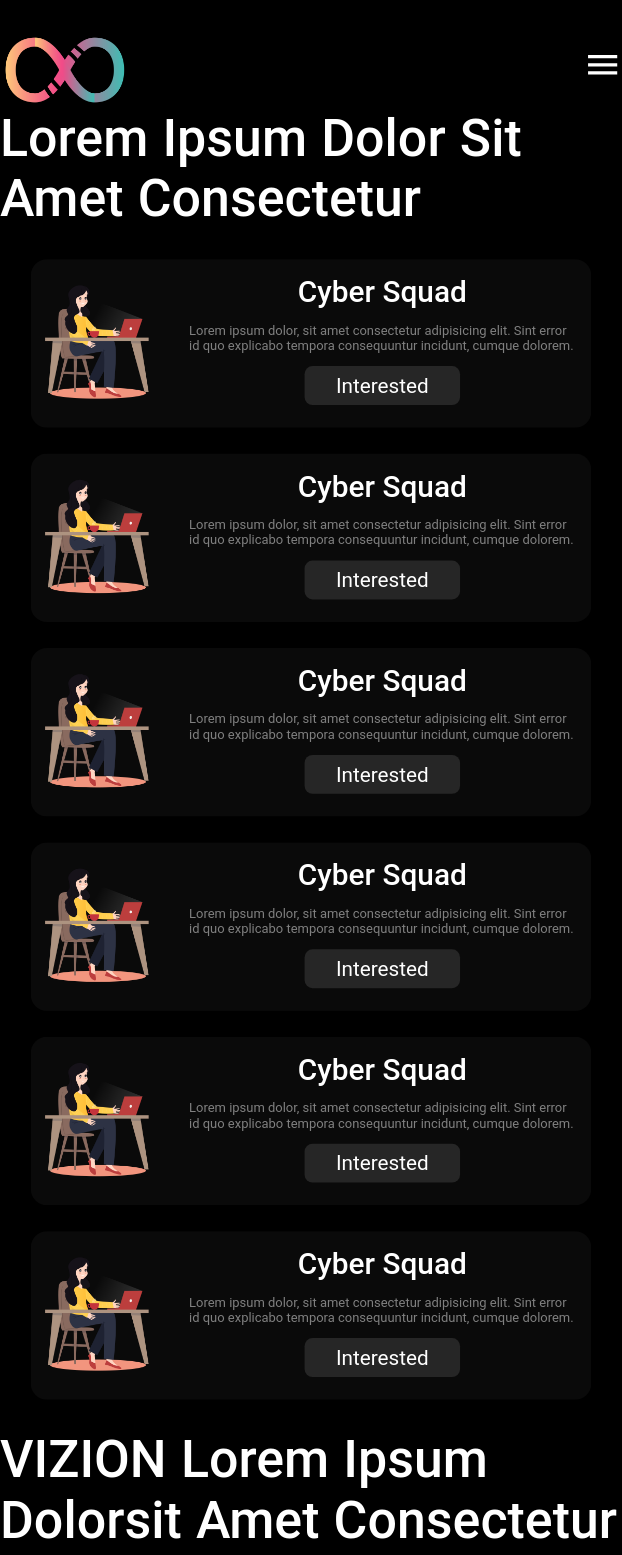
Repository: kapil4457/vizion-internship-project
Page: /
These files come from the project's save history. The page is drawn as it stood at one moment and after the next save; the edit follows.
The browser window is 768 px wide. The pictures show the whole page, at 81% of full size.
The project was rebuilt for these pictures with package versions that can differ from the ones it lists, and the page was loaded fresh each time. Also part of the build but not shown: src/index.css.

Above is the page before, as saved 2022-10-29 10:35:16.

### public/index.html
<!DOCTYPE html>
<html lang="en">
  <head>
    <meta charset="utf-8" />
    <link rel="icon" href="%PUBLIC_URL%/favicon.ico" />
    <meta name="viewport" content="width=device-width, initial-scale=1" />
    <meta name="theme-color" content="#000000" />
    <meta
      name="description"
      content="Web site created using create-react-app"
    />
    <link rel="preconnect" href="https://fonts.googleapis.com">
    <link rel="apple-touch-icon" href="%PUBLIC_URL%/logo192.png" />
    <!--
      manifest.json provides metadata used when your web app is installed on a
      user's mobile device or desktop. See https://developers.google.com/web/fundamentals/web-app-manifest/
    -->
    <link rel="manifest" href="%PUBLIC_URL%/manifest.json" />
    <!--
      Notice the use of %PUBLIC_URL% in the tags above.
      It will be replaced with the URL of the `public` folder during the build.
      Only files inside the `public` folder can be referenced from the HTML.

      Unlike "/favicon.ico" or "favicon.ico", "%PUBLIC_URL%/favicon.ico" will
      work correctly both with client-side routing and a non-root public URL.
      Learn how to configure a non-root public URL by running `npm run build`.
    -->
    <title>React App</title>
  </head>
  <body>
    <noscript>You need to enable JavaScript to run this app.</noscript>
    <div id="root"></div>
    <!--
      This HTML file is a template.
      If you open it directly in the browser, you will see an empty page.

      You can add webfonts, meta tags, or analytics to this file.
      The build step will place the bundled scripts into the <body> tag.

      To begin the development, run `npm start` or `yarn start`.
      To create a production bundle, use `npm run build` or `yarn build`.
    -->
  </body>
</html>

### src/index.js
import React from 'react';
import ReactDOM from 'react-dom/client';
import './index.css';
import App from './App';
import reportWebVitals from './reportWebVitals';
import { BrowserRouter } from 'react-router-dom';
const root = ReactDOM.createRoot(document.getElementById('root'));
root.render(
  <BrowserRouter >
  <React.StrictMode>
    <App />
  </React.StrictMode>
  </BrowserRouter>
);

// If you want to start measuring performance in your app, pass a function
// to log results (for example: reportWebVitals(console.log))
// or send to an analytics endpoint. Learn more: https://bit.ly/CRA-vitals
reportWebVitals();

### src/App.js
import { Route, Routes } from 'react-router-dom';
import './App.css';
import Header from './components/Header/Header';
import Home from './components/Home/Home';

function App() {
  return (
   <>
<Header />
   <Routes>
<Route exact path='/' element={<Home />} />


   </Routes>



   </>
  );
}

export default App;

### src/App.css
*{
margin:0;
padding:0;
box-sizing: border-box;
font-family: 'Roboto', sans-serif;}

body{
  background-color: black;
  color : white;

}
a{
  text-decoration: none;;
  color:white;
}

.active{
  color:red;
}

body::-webkit-scrollbar {
  display: none;
}

### src/components/Header/Header.jsx
import React from "react";
import { NavLink } from "react-router-dom";
import Logo from "./logo.png";
import MenuIcon from "@mui/icons-material/Menu";
import "./Header.css";
const Header = () => {
  return (
    <div className="main-header">
      <NavLink to="/" className="left-header">
        <img src={Logo} alt="" />
      </NavLink>
      <div className="right-header">
        <NavLink to="/products">Products</NavLink>
        <NavLink to="/club">Club</NavLink>
        <NavLink to="/contact">Get in Touch</NavLink>
      </div>
      <div className="right-ham">
        <MenuIcon />
      </div>
    </div>
  );
};

export default Header;

### src/components/Home/Home.jsx
import React from "react";
import { data } from "../../item";
import "./Home.css";
import HomeCard from "./HomeCard";
const Home = () => {
  return (
    <div className="main-home">
      <h2 className="heading">Lorem ipsum dolor sit amet consectetur</h2>

      <div className="home-card-container">
        {data.map((item, key) => (
          <HomeCard item={item} key={key} />
        ))}
      </div>
      <h2 className="heading">VIZION Lorem Ipsum Dolorsit Amet Consectetur</h2>
    </div>
  );
};

export default Home;

### src/components/Header/Header.css
.main-header{
    height:10rem;
    width:100%;
    display:flex;
    justify-content: space-between;
    align-items: center;
    padding:0rem 3rem
}

.main-header > .left-header >img{
    height:10rem;

}

.main-header > .right-header
{
    display:flex;
    gap:4rem;
    font-size:1.5rem;
    font-weight:550;
}

.main-header > .right-header>a{
    height:4rem;
    width:10rem;
    display:flex;
    justify-content: center;
   align-items: center;
   border-radius:10px;
   box-shadow: 0px 0px 10px rgba(243, 238, 238,0.5);
   transition: all 0.2s;
}
.main-header > .right-header>a:hover{

    box-shadow: 0px 0px 20px rgba(243, 238, 238,0.5);
    transform: scale(1.01);
   }

   .right-ham{
    display: none;
   }
   .right-ham>svg{

    font-size:3rem;

   }


   @media (max-width:768px ){
.main-header{
    padding:0;
}
   .main-header > .right-header{
        display:none;
    }
    .right-ham{
        display:flex;
    }
   }

### src/item.js
export const data = [
    {
        title : "Cyber Squad",
        description : "Lorem ipsum dolor, sit amet consectetur adipisicing elit. Sint error id quo explicabo tempora consequuntur incidunt, cumque dolorem.        "
    },
    {
        title : "Cyber Squad",
        description : "Lorem ipsum dolor, sit amet consectetur adipisicing elit. Sint error id quo explicabo tempora consequuntur incidunt, cumque dolorem.        "
    },
    {
        title : "Cyber Squad",
        description : "Lorem ipsum dolor, sit amet consectetur adipisicing elit. Sint error id quo explicabo tempora consequuntur incidunt, cumque dolorem.        "
    },
    {
        title : "Cyber Squad",
        description : "Lorem ipsum dolor, sit amet consectetur adipisicing elit. Sint error id quo explicabo tempora consequuntur incidunt, cumque dolorem.        "
    },
    {
        title : "Cyber Squad",
        description : "Lorem ipsum dolor, sit amet consectetur adipisicing elit. Sint error id quo explicabo tempora consequuntur incidunt, cumque dolorem.        "
    },
    {
        title : "Cyber Squad",
        description : "Lorem ipsum dolor, sit amet consectetur adipisicing elit. Sint error id quo explicabo tempora consequuntur incidunt, cumque dolorem.        "
    }
]

### src/components/Home/Home.css
.main-home{
    color:white;
    width:100%;
    display: flex;
    flex-direction: column;
    gap:4rem;
    margin-bottom: 2rem;
}

.main-home > h2{
    width:100%;
    height:6rem;
    display: flex;
    justify-content: center;
    align-items:center;
    font-size:4rem;
    word-spacing: 0.1rem;
    font-weight:450;
    text-transform: capitalize;

}


.main-home > .home-card-container{
    display:grid;
    grid-template-columns: 1fr 1fr 1fr;
    row-gap: 2rem;
    place-items: center;
}


@media (max-width: 768px){

    .main-home > .home-card-container{
    grid-template-columns: 1fr;

}
}

### src/components/Home/HomeCard.jsx
import React from "react";
import "./HomeCard.css";
import Image from "./cardImage.png";
const HomeCard = ({ item }) => {
  return (
    <div className="home-card">
      <img src={Image} alt="" />
      <div className="card-info">
        <h2>{item.title}</h2>
        <p>{item.description}</p>
        <button>Interested</button>
      </div>
    </div>
  );
};

export default HomeCard;

### src/components/Home/HomeCard.css
.home-card{
    width:90%;
    height:13rem;
    display:flex;
    gap:1rem;
    padding-top:1rem;
    background-color: rgba(51, 50, 50, 0.2);
    border-radius: 20px;
    border:3px solid rgba(51, 50, 50, 0.0);
    transition: all 0.4s;

}
.home-card:hover{
    border:3px solid blue;
}
.home-card>img{
    height:10rem;

}
.home-card > .card-info{
    display:flex;
    flex-direction: column;
    gap:1rem;
    padding:0 1rem;
    align-items: center;

}
.home-card > .card-info > h2{
    font-size: 2.3rem;
    font-weight: 450;
}
.home-card > .card-info > p{
    color:gray
}
.home-card > .card-info > button{
    background-color: rgba(51, 50, 50, 0.7);
    border:none;
    outline:none;
    width:12rem;
    border-radius: 10px;
    font-size:1.6rem;
    color:white;
    height:3rem;
    transition: all 0.4s;
    cursor:pointer;
}
.home-card > .card-info > button:hover{

    background-color: rgba(51, 50, 50, 0.9);
}

Loaded but not shown: src/reportWebVitals.js (common file)

After the next save:
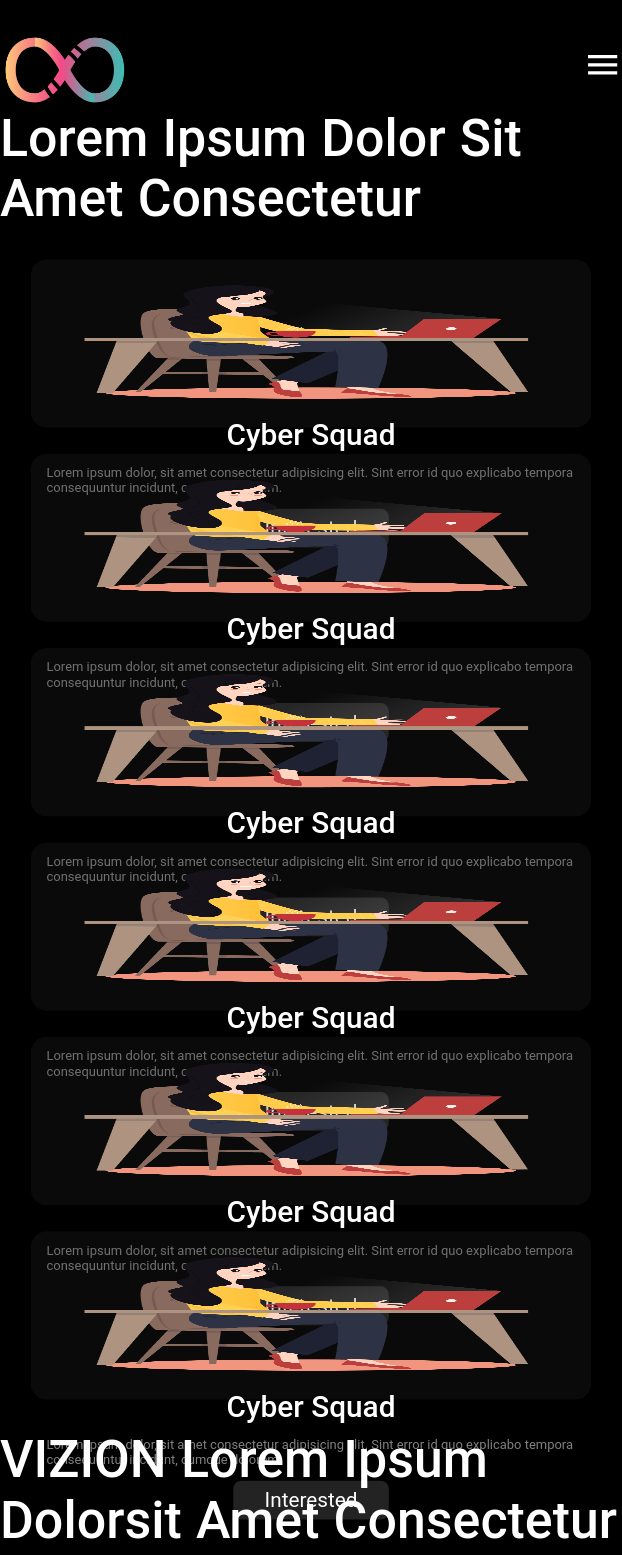
Saved 59 s later.
--- a/src/components/Home/HomeCard.css
+++ b/src/components/Home/HomeCard.css
@@ -48,3 +48,10 @@
 
     background-color: rgba(51, 50, 50, 0.9);
 }
+
+
+@media(max-width:768px){
+    .home-card{
+        flex-direction: column;
+    }
+}
